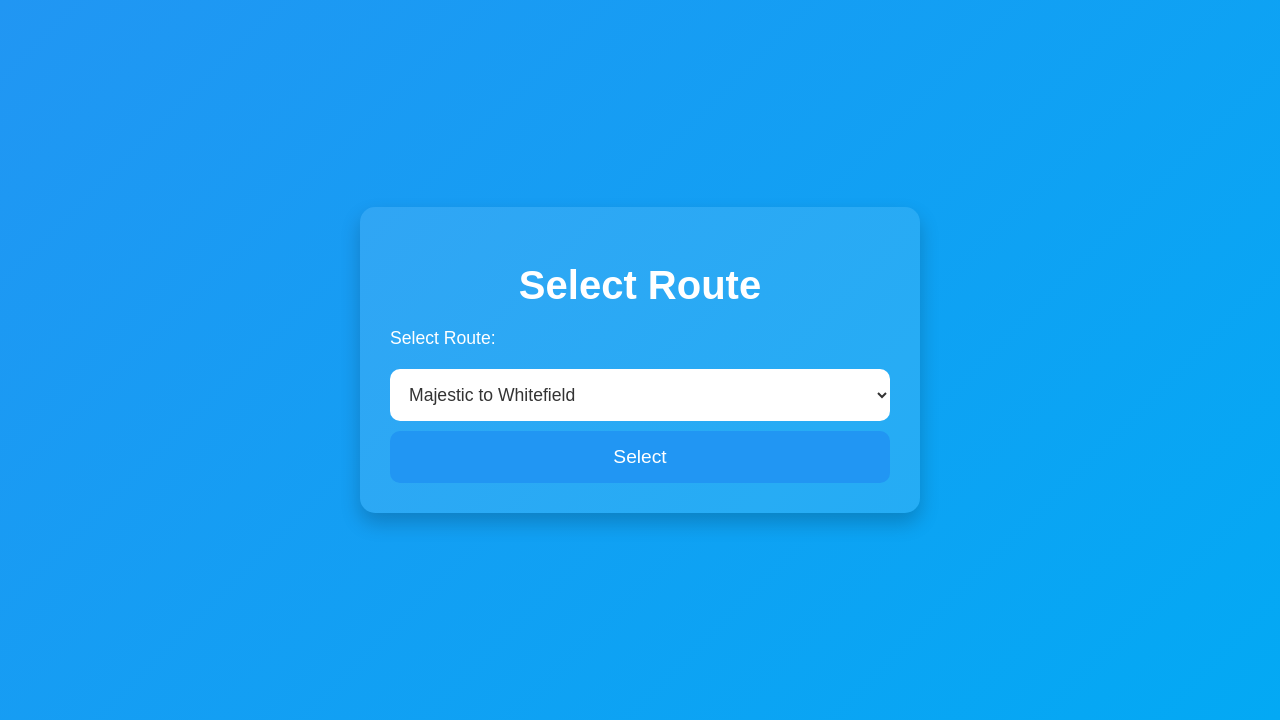
Repository: harutoNaiz/urban-mobility-system
Page: http://localhost/select_route
These files come from the project's save history. The page is drawn as it stood at one moment and after a run of saves; the edit follows.
The browser window is 1280 px wide. The pictures show the whole page.
The page is served by the project's application, run on Flask 3 (app.py). The session is filled in as if someone had signed in: {"user_id": 1}. The database holds what the project's SQL file puts in it.

Above is the page before, as saved 2024-11-13 08:55:32.

### app.py
from flask import Flask, render_template, request, redirect, url_for, jsonify, session
import pymysql
import json

# Import database config
# config.py
DB_CONFIG = {
    'host': 'localhost',
    'user': 'root',
    'password': '',
    'db': 'urban_mobility1',
    'charset': 'utf8mb4',
    'cursorclass': pymysql.cursors.DictCursor
}

app = Flask(__name__)
app.secret_key = 'your_secret_key'  # Set a secret key for the session

# Connect to the MySQL database
def get_db_connection():
    return pymysql.connect(**DB_CONFIG)

@app.route('/')
def index():
    return redirect(url_for('sign_in'))

# Sign-in page for existing users
@app.route('/sign_in', methods=['GET', 'POST'])
def sign_in():
    if request.method == 'POST':
        email = request.form['email']
        connection = get_db_connection()
        with connection.cursor() as cursor:
            cursor.execute("SELECT * FROM Users WHERE JSON_UNQUOTE(JSON_EXTRACT(ContactInfo, '$.Email')) = %s", (email,))
            user = cursor.fetchone()
        connection.close()

        if user:
            # Store the user ID in the session
            session['user_id'] = user['UserID']
            # Redirect to route selection page
            return redirect(url_for('select_route'))
        else:
            return "User not found", 404

    return render_template('sign_in.html')

# Register a new user
@app.route('/register', methods=['GET', 'POST'])
def register_user():
    if request.method == 'POST':
        name = request.form['name']
        phone = request.form['phone']
        email = request.form['email']
        preferred_transport = request.form['preferred_transport']
        commuting_pattern = request.form['commuting_pattern']

        # Create ContactInfo JSON
        contact_info = json.dumps({
            'Phone': phone,
            'Email': email
        })

        connection = get_db_connection()
        with connection.cursor() as cursor:
            sql = "INSERT INTO Users (Name, ContactInfo, PreferredTransportMode, CommutingPattern) VALUES (%s, %s, %s, %s)"
            cursor.execute(sql, (name, contact_info, preferred_transport, commuting_pattern))
            new_user_id = cursor.lastrowid
            connection.commit()
        connection.close()

        # Store the new user ID in the session
        session['user_id'] = new_user_id

        # Redirect to the route selection page
        return redirect(url_for('select_route'))

    return render_template('register.html')

# Route selection with congestion suggestion
@app.route('/select_route', methods=['GET', 'POST'])
def select_route():
    # Get the user ID from the session
    user_id = session.get('user_id')

    if request.method == 'POST':
        route_id = request.form['route_id']

        # Check congestion level for the selected route
        connection = get_db_connection()
        with connection.cursor() as cursor:
            cursor.execute("SELECT CheckTrafficWarning(%s) AS traffic_warning", (route_id,))
            traffic_warning = cursor.fetchone()['traffic_warning']
        connection.close()

        if traffic_warning:
            return render_template('congestion_warning.html', traffic_warning=traffic_warning, route_id=route_id, user_id=user_id)
        else:
            return redirect(url_for('suggest_routes', route_id=route_id, user_id=user_id))

    # Fetch available routes for user
    connection = get_db_connection()
    with connection.cursor() as cursor:
        cursor.execute("SELECT * FROM Routes")
        routes = cursor.fetchall()
    connection.close()

    return render_template('select_route.html', routes=routes, user_id=user_id)

# Handle budget input and show options
@app.route('/suggest_routes', methods=['POST'])
def suggest_routes():
    # Get the user ID from the session
    user_id = session.get('user_id')

    if not user_id:
        return jsonify({'message': 'User not authenticated.'}), 401

    budget = float(request.form['budget'])
    route_id = int(request.form['route_id'])

    connection = get_db_connection()
    with connection.cursor() as cursor:
        sql = """
        SELECT Journeys.JourneyID, Journeys.TransportModeID, MIN(JourneyCost) AS Cost
        FROM Journeys
        WHERE StartLocation = (SELECT StartPoint FROM Routes WHERE RouteID = %s)
        AND EndLocation = (SELECT EndPoint FROM Routes WHERE RouteID = %s)
        AND JourneyCost <= %s
        GROUP BY Journeys.JourneyID, Journeys.TransportModeID
        ORDER BY Cost
        """

        cursor.execute(sql, (route_id, route_id, budget))  # Ensure using %s placeholders here
        suggested_routes = cursor.fetchall()
    connection.close()

    return render_template('payment.html', suggested_routes=suggested_routes, user_id=user_id)


@app.route('/process_booking', methods=['POST'])
def process_booking():
    # Get the user ID from the session
    user_id = session.get('user_id')

    if not user_id:
        return jsonify({'message': 'User not authenticated.'}), 401

    transport_mode_id = int(request.form['transport_mode_id'])
    journey_cost = float(request.form['cost'])
    payment_method = request.form['payment_method']

    connection = get_db_connection()
    with connection.cursor() as cursor:
        # Check capacity
        cursor.execute("SELECT Capacity, CurrentOccupancy FROM TransportModes WHERE TransportModeID = %s", (transport_mode_id,))
        transport_mode = cursor.fetchone()

        if transport_mode['CurrentOccupancy'] < transport_mode['Capacity']:
            # Proceed with booking
            cursor.execute("""
            INSERT INTO Journeys (StartLocation, EndLocation, StartTime, JourneyCost, TransportModeID)
            VALUES ('Unknown Start', 'Unknown End', NOW(), %s, %s)
            """, (journey_cost, transport_mode_id))
            connection.commit()

            # Update occupancy
            cursor.execute("UPDATE TransportModes SET CurrentOccupancy = CurrentOccupancy + 1 WHERE TransportModeID = %s", (transport_mode_id,))
            connection.commit()

            # Record payment
            cursor.execute("""
            INSERT INTO Payments (UserID, ProviderID, Amount, PaymentDate, PaymentMethod, DiscountApplied)
            VALUES (%s, (SELECT ProviderID FROM TransportModes WHERE TransportModeID = %s), %s, NOW(), %s, 0)
            """, (user_id, transport_mode_id, journey_cost, payment_method))
            connection.commit()
        else:
            return jsonify({'message': 'Capacity exceeded. Booking failed.'}), 400

    connection.close()
    return jsonify({'message': 'Booking and payment successful!'}), 200

@app.route('/logout')
def logout():
    session.pop('user_id', None)  # Remove user ID from session
    return redirect(url_for('sign_in'))  # Redirect to sign-in page


if __name__ == '__main__':
    app.run(debug=True)

### templates/select_route.html
<!DOCTYPE html>
<html lang="en">
<head>
    <meta charset="UTF-8">
    <meta name="viewport" content="width=device-width, initial-scale=1.0">
    <title>Select Route</title>
    <style>
        body {
            font-family: 'Arial', sans-serif;
            background: linear-gradient(135deg, #2196F3, #03A9F4);
            margin: 0;
            padding: 0;
            height: 100vh;
            display: flex;
            justify-content: center;
            align-items: center;
            color: #fff;
        }

        .container {
            background: rgba(255, 255, 255, 0.1);
            padding: 30px;
            border-radius: 15px;
            box-shadow: 0 10px 20px rgba(0, 0, 0, 0.2);
            width: 100%;
            max-width: 500px;
            text-align: center;
        }

        h1 {
            font-size: 2.5rem;
            margin-bottom: 20px;
            color: #fff;
        }

        label {
            font-size: 1.1rem;
            display: block;
            margin-bottom: 10px;
            text-align: left;
            color: #fff;
        }

        select {
            width: 100%;
            padding: 15px;
            margin: 10px 0;
            font-size: 1.1rem;
            border: none;
            border-radius: 10px;
            background-color: #fff;
            color: #333;
            box-sizing: border-box;
        }

        button {
            width: 100%;
            padding: 15px;
            background-color: #2196F3;
            color: #fff;
            font-size: 1.2rem;
            border: none;
            border-radius: 10px;
            cursor: pointer;
            transition: background-color 0.3s ease;
        }

        button:hover {
            background-color: #1976D2;
        }

        p {
            margin-top: 20px;
            color: #fff;
        }

        a {
            color: #03A9F4;
            text-decoration: none;
            font-weight: bold;
        }

        a:hover {
            color: #fff;
        }
    </style>
</head>
<body>
    <div class="container">
        <h1>Select Route</h1>
        <form method="POST">
            <label for="route_id">Select Route:</label>
            <select id="route_id" name="route_id">
                {% for route in routes %}
                    <option value="{{ route.RouteID }}">{{ route.StartPoint }} to {{ route.EndPoint }}</option>
                {% endfor %}
            </select><br>

            <input type="hidden" name="user_id" value="{{ user_id }}">

            <button type="submit">Select</button>
        </form>
    </div>
</body>
</html>

### urban_mobility1.sql (the tables this page reads)
CREATE TABLE Routes (
    RouteID INT AUTO_INCREMENT PRIMARY KEY,
    TransportModeID INT,
    StartPoint VARCHAR(100),
    EndPoint VARCHAR(100),
    RouteMap JSON,
    Distance DECIMAL(10, 2),
    EstimatedTime TIME,
    MaxTrafficLevel ENUM('Low', 'Medium', 'High') DEFAULT 'Low',
    CurrentTrafficLevel ENUM('Low', 'Medium', 'High') DEFAULT 'Low',
    FOREIGN KEY (TransportModeID) REFERENCES TransportModes(TransportModeID)
);

INSERT INTO Routes (TransportModeID, StartPoint, EndPoint, RouteMap, Distance, EstimatedTime, MaxTrafficLevel, CurrentTrafficLevel) VALUES
(17, 'Majestic', 'Whitefield', '{"Path": ["Majestic", "MG Road", "Ulsoor", "Whitefield"]}', 20.5, '01:15:00', 'Medium', 'Low'),
(18, 'Nagasandra', 'Yelachenahalli', '{"Path": ["Nagasandra", "Rajajinagar", "MG Road", "Yelachenahalli"]}', 18.0, '00:45:00', 'Low', 'Low'),
(19, 'Koramangala', 'Electronic City', '{"Path": ["Koramangala", "Silk Board", "HSR Layout", "Electronic City"]}', 12.0, '00:30:00', 'High', 'Medium'),
(20, 'Indiranagar', 'Kormangala', '{"Path": ["Indiranagar", "Domlur", "Ejipura", "Koramangala"]}', 5.0, '00:20:00', 'Low', 'Low');

### templates/navbar.html
<!-- templates/navbar.html -->
<nav>
    <ul>
        <li><a href="{{ url_for('select_route') }}">Select Route</a></li>
        <li><a href="{{ url_for('logout') }}">Logout</a></li>
    </ul>
</nav>
<style>
    /* Basic styling for the navbar */
    nav {
        background-color: #333;
        padding: 10px;
    }
    nav ul {
        list-style-type: none;
        margin: 0;
        padding: 0;
        display: flex;
    }
    nav ul li {
        margin-right: 20px;
    }
    nav ul li a {
        color: white;
        text-decoration: none;
    }
</style>

After the next 2 saves:
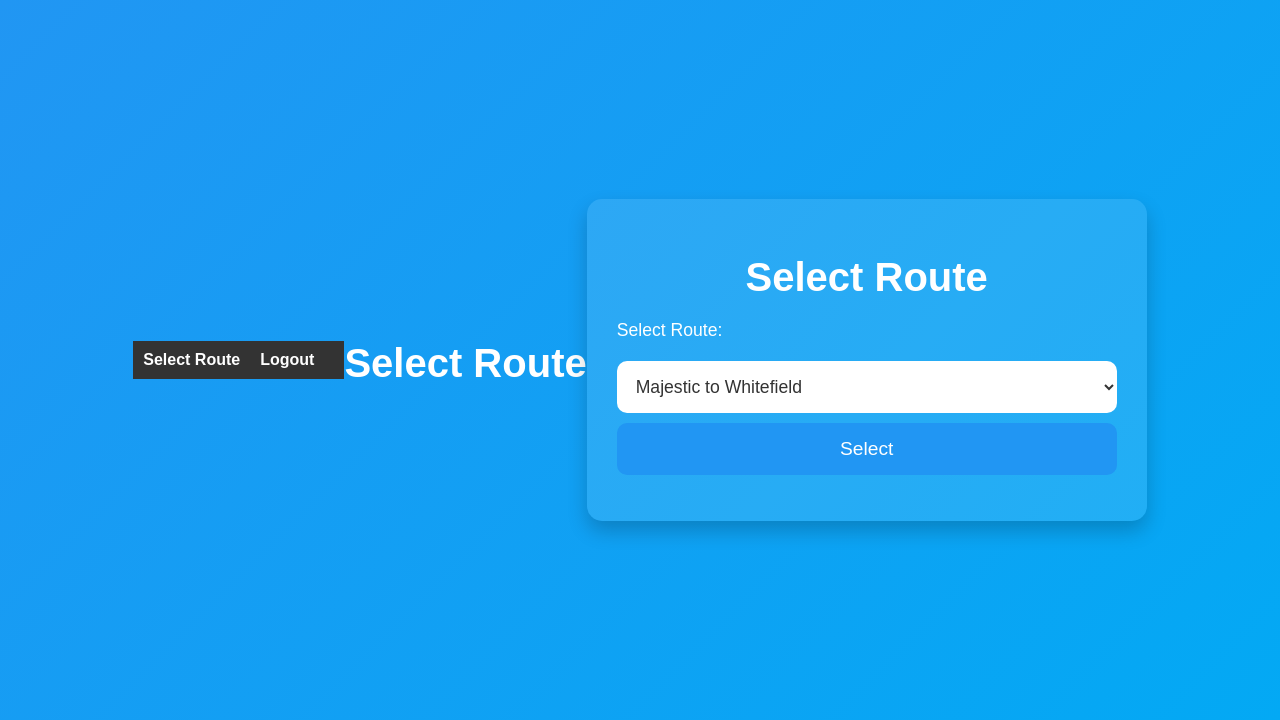
The 2 saves are shown as one change because they came seconds apart.
The last was saved 8 s later.
--- a/templates/select_route.html
+++ b/templates/select_route.html
@@ -1,3 +1,11 @@
+<!-- templates/select_route.html -->
+{% if session.get('user_id') %}
+    {% include 'navbar.html' %}
+{% endif %}
+<h1>Select Route</h1>
+<!-- Your existing route selection form goes here -->
+
+
 <!DOCTYPE html>
 <html lang="en">
 <head>
